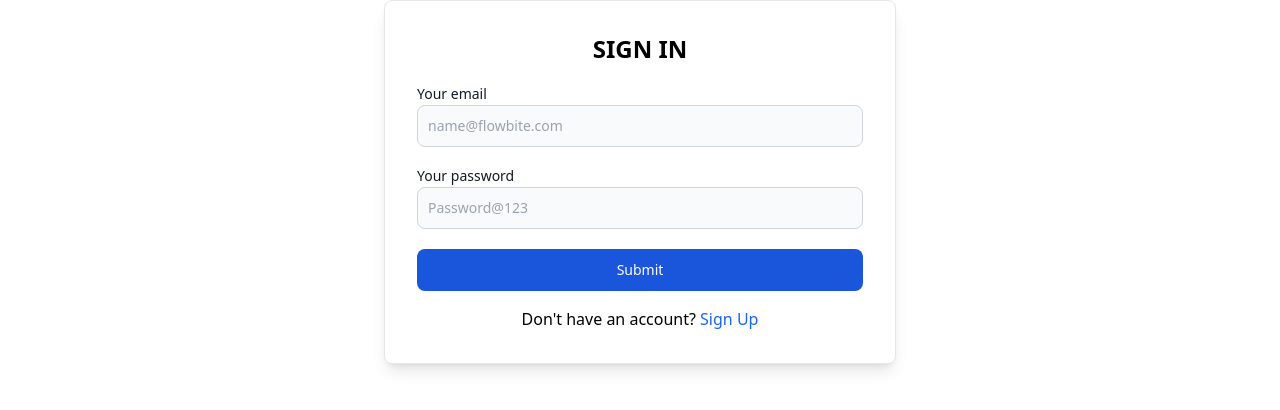
Repository: MahmudShuvo/TeeBay
Page: /dashboard (app in teebay-frontend/)
An editor plug-in stored every save of this project. The page is shown before and after a run of saves, followed by the edit.
The browser window is 1280 px wide. The pictures show the whole page.
The project was rebuilt for these pictures with package versions that can differ from the ones it lists, and the page was loaded fresh each time. Also part of the build but not shown: teebay-frontend/vite.config.ts, teebay-frontend/src/queries/product.ts, teebay-frontend/src/pages/ConfirmBuy.tsx, teebay-frontend/src/pages/Buy.tsx, teebay-frontend/src/components/ProductCard.tsx, teebay-frontend/src/components/OwnerCard.tsx, teebay-frontend/src/components/LentProducts.tsx, teebay-frontend/src/components/BoughtProducts.tsx and 11 more. Imported but missing from the stored project, and not drawn on this page: teebay-frontend/src/components/SignUp.tsx.

Above is the page before, as saved 2024-07-10 12:05:40.

### teebay-frontend/src/main.tsx
import React from 'react'
import ReactDOM from 'react-dom/client'
import App from './App.jsx'
import {
    ApolloClient,
    InMemoryCache,
    ApolloProvider, createHttpLink,
    // ApolloLink,
    // concat,
    // HttpLink
} from '@apollo/client';
import './index.css'
import {setContext} from "@apollo/client/link/context/index.js";

// const httpLink = new HttpLink({
//   uri: 'http://localhost:4000/graphql',
// });
// const authMiddleware = new ApolloLink((operation, forward) => {
//   const token = window.localStorage.getItem('token');
//   operation.setContext({
//     headers: {
//       authorization: token ? `Bearer ${token}` : '',
//     }
//   });
//   return forward(operation);
// });

// const client = new ApolloClient({
//     uri: 'http://localhost:4000/graphql',
//     cache: new InMemoryCache(),
// });

const httpLink = createHttpLink({
  uri: 'http://localhost:4000/graphql',
});

const authLink = setContext((_, { headers }) => {
  // get the authentication token from local storage if it exists
  const token = localStorage.getItem('token');
    console.log('token', token);
  // return the headers to the context so httpLink can read them
  return {
    headers: {
      ...headers,
      authorization: token ? `Bearer ${token}` : "",
    }
  }
});

const client = new ApolloClient({
  link: authLink.concat(httpLink),
  cache: new InMemoryCache()
});

ReactDOM.createRoot(document.getElementById('root')!).render(
    <ApolloProvider client={client}>
        <React.StrictMode>
            <App/>
        </React.StrictMode>
    </ApolloProvider>,
)

### teebay-frontend/src/App.tsx
import {
    BrowserRouter,
    Outlet, Route,
    Routes,
    useNavigate
} from 'react-router-dom';
import Buy from './pages/Buy';
import {Dashboard as PageDashboard} from './pages/Dashboard';
import {HiChartPie, HiViewBoards} from "react-icons/hi"
import {Sidebar} from "flowbite-react";
import {AuthProvider, useAuth} from "./hooks/useAuth";
import {ProtectedRoute} from "./components/ProtectedRoute.tsx";
import MyProducts from "./components/MyProducts.tsx";
import {Login} from "./components/Login.tsx";
import SignUp from "./components/SignUp.tsx";
import MainNav from "./components/MainNav.tsx";
import HomePage from "./pages/HomePage.tsx";

export default function App() {
    return (
        <BrowserRouter>
            <AuthProvider>
                <Routes>
                    <Route path="/" element={<Layout/>}>
                        <Route index element={<HomePage/>}/>
                        <Route path="/product/:productId" element={<Buy/>}/>
                    </Route>
                    <Route path="/dashboard"
                           element={<ProtectedRoute><DashboardLayout/></ProtectedRoute>}>
                        <Route index element={<PageDashboard/>}/>
                        <Route path="/dashboard/products" element={<MyProducts/>}/>
                    </Route>
                    <Route path="/login" element={<Login/>}/>
                    <Route path="/signup" element={<SignUp/>}/>
                </Routes>
            </AuthProvider>
        </BrowserRouter>
    );
}


export function DashboardLayout() {
    const navigate = useNavigate()
    const {user} = useAuth()
    return (
        <div>
            <MainNav/>

            <div className='min-h-screen mx-auto container text-sm'>
                <div className="grid grid-cols-4 gap-x-8">
                    <div className='col-span-1 shadow'>
                        <Sidebar aria-label="Default sidebar example">
                            <Sidebar.Items>
                                <Sidebar.ItemGroup>
                                    <Sidebar.Item icon={HiChartPie}>
                                        {user?.name}
                                        <span className="block">{user?.email}</span>
                                    </Sidebar.Item>

                                </Sidebar.ItemGroup>
                                <Sidebar.ItemGroup>
                                    <Sidebar.Item onClick={() => navigate("/dashboard/products")}
                                                  icon={HiChartPie}>
                                        My Products
                                    </Sidebar.Item>
                                    <Sidebar.Item onClick={() => navigate("/dashboard")}
                                                  icon={HiViewBoards} label="all"
                                                  labelColor="dark">
                                        History
                                    </Sidebar.Item>
                                </Sidebar.ItemGroup>
                                <Sidebar.ItemGroup>
                                    <Sidebar.Item href="#" icon={HiChartPie}>
                                        Logout
                                    </Sidebar.Item>
                                </Sidebar.ItemGroup>
                            </Sidebar.Items>
                        </Sidebar>
                    </div>

                    <div className='col-span-3'>
                        <Outlet/>
                    </div>
                </div>
            </div>
        </div>
    );
}

export function Layout() {
    return (
        <div>
            <MainNav/>

            <div className='min-h-screen mx-auto container'>
                <Outlet/>
            </div>
        </div>
    );
}

### teebay-frontend/src/index.css
@import '../node_modules/flowbite';

@tailwind base;
@tailwind components;
@tailwind utilities;

### teebay-frontend/src/hooks/useAuth.tsx
import React, {createContext, useContext, useMemo, ReactNode, useEffect} from 'react';
import {useNavigate} from 'react-router-dom';
import {useLocalStorage} from './useLocalStorage';

// Define the shape of the context value
interface AuthContextType {
    user: any;
    loading: boolean;
    login: (data: any) => Promise<void>;
    logout: () => void;
}

// Create the AuthContext with a default value
const AuthContext = createContext<AuthContextType | undefined>(undefined);

// Define the shape of the AuthProvider props
interface AuthProviderProps {
    children: ReactNode;
}


export const AuthProvider: React.FC<AuthProviderProps> = ({children}) => {
    const [user, setUser] = React.useState<any | null>(null);
    const [loading, setLoading] = React.useState(true);
    const [localUser, setLocalUser] = useLocalStorage<any>('user');
    const navigate = useNavigate();

    useEffect(() => {
        if (localUser) {
            setUser(localUser);
        }
        setLoading(false);
    }, [localUser]);

    // call this function when you want to authenticate the user
    const login = async (data: any) => {
        setLocalUser(data);
        setUser(data);
        navigate('/dashboard');
    };

    // call this function to sign out logged-in user
    const logout = () => {
        localStorage.removeItem('user');
        localStorage.removeItem('token');
        setUser(null);
        navigate('/', {replace: true});
    };

    const value = useMemo(
        () => ({
            user,
            loading,
            login,
            logout,
        }),
        [user, loading]
    );

    return <AuthContext.Provider value={value}>{children}</AuthContext.Provider>;
};

// Custom hook to use the AuthContext
export const useAuth = (): AuthContextType => {
    const context = useContext(AuthContext);
    if (context === undefined) {
        throw new Error('useAuth must be used within an AuthProvider');
    }
    return context;
};

### teebay-frontend/src/components/ProtectedRoute.tsx
import React, {ReactNode} from 'react';
import {Navigate} from 'react-router-dom';
import {useAuth} from '../hooks/useAuth'; // Adjust the path as needed

interface ProtectedRouteProps {
    children: ReactNode;
}

export const ProtectedRoute: React.FC<ProtectedRouteProps> = ({children}) => {
    const {user, loading} = useAuth();

    if (loading) {
        return <div>Loading...</div>; // You can replace this with a proper loading indicator
    }

    if (!user) {
        return <Navigate to="/login"/>;
    }

    return <>{children}</>;
};

### teebay-frontend/src/components/Login.tsx
import React from "react";
import {Button, Checkbox, Label, TextInput} from "flowbite-react";
import {LOGIN_MUTATION} from "../queries/authentication";
import {useMutation} from "@apollo/client";
import {useAuth} from "../hooks/useAuth";
import {useForm} from "react-hook-form";
import {useLocalStorage} from "../hooks/useLocalStorage";
import {useNavigate} from "react-router-dom";

export function Login() {
    const {user: loginUser, login} = useAuth();
    const [token, setToken] = useLocalStorage("token")
    const [user, setUser] = useLocalStorage("user")
    const navigate = useNavigate()
    const form = useForm()

    const [loginMutation, {loading, error}] = useMutation(LOGIN_MUTATION, {
        onCompleted: (data) => {
            if (data.login.token) {
                setToken(data.login.token);
                login(data.login.user);
            }
        },
    });

    const handleSubmit = async (data: any) => {
        await loginMutation({variables: {email: data?.email, password: data?.password}})
    };
    if (loginUser) {
        navigate('/')
    }
    return (
        <div className="min-h-screen flex justify-center items-center bg-white">
            <div
                className="w-full max-w-lg p-8 bg-white border shadow-lg rounded-lg border-black">
                <h3 className="text-center font-bold text-2xl mb-4">SIGN IN</h3>
                <form onSubmit={form.handleSubmit(handleSubmit)}>
                    <div className="mb-4">
                        <Label htmlFor="email1" value="Your email"/>
                        <TextInput {...form.register('email')} id="email1" type="email"
                                   placeholder="name@flowbite.com" required className="w-full"/>
                    </div>
                    <div className="mb-4">
                        <Label htmlFor="password1" value="Your password"/>
                        <TextInput {...form.register('password')} id="password1" type="password"
                                   placeholder="Password@123" required className="w-full"/>
                    </div>
                    {/* <div className="flex items-center mb-4">
                        <Checkbox id="remember"/>
                        <Label htmlFor="remember" className="ml-2">Remember me</Label>
                    </div> */}
                    <Button type="submit" color="blue" className="w-full mt-5">Submit</Button>
                </form>
                <div className="mt-4 text-center">
                    <p>
                        Don't have an account? <a href="/signup"
                                                  className="text-blue-600 hover:underline">Sign
                        Up</a>
                    </p>
                </div>
            </div>
        </div>
    );
}

### teebay-frontend/src/hooks/useLocalStorage.tsx
import {useState} from 'react';

export const useLocalStorage = <T, >(keyName: string) => {
    const [storedValue, setStoredValue] = useState<T>(() => {
        try {
            const value = window.localStorage.getItem(keyName);
            if (value) {
                return JSON.parse(value) as T;
            }
        } catch (err) {
            return
        }
    });

    const setValue = (newValue: T) => {
        try {
            if (newValue === undefined || newValue === null) {
                return
            }
            if (typeof newValue === 'string') {
                window.localStorage.setItem(keyName, newValue);
            } else {
                window.localStorage.setItem(keyName, JSON.stringify(newValue));
            }
        } catch (err) {
            console.error(err);
        }
        setStoredValue(newValue);
    };

    return [storedValue, setValue] as const;
};

### teebay-frontend/src/queries/authentication.ts
import {gql} from "@apollo/client";

export const LOGIN_MUTATION = gql`
  mutation Login($email: String!, $password: String!) {
    login(email: $email, password: $password) {
      token
      user {
        id
        email
        name
      }
    }
  }
`;

export const ME_QUERY = gql`
  query Me {
    me {
      id
      email
      name
    }
  }
`;

After the next 2 saves:
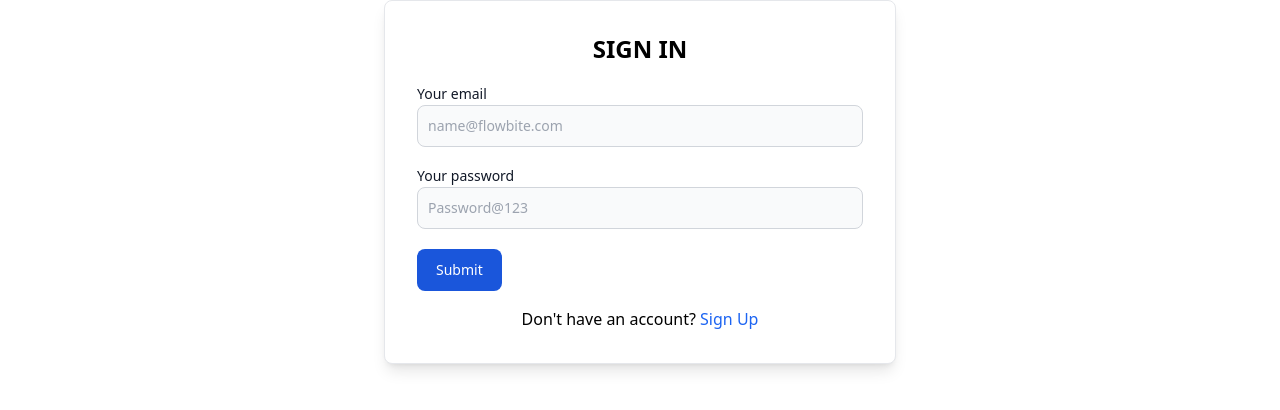
The 2 saves are shown as one change because they came seconds apart.
The last was saved 12 s later.
--- a/teebay-frontend/src/components/Login.tsx
+++ b/teebay-frontend/src/components/Login.tsx
@@ -49,7 +49,7 @@
                         <Checkbox id="remember"/>
                         <Label htmlFor="remember" className="ml-2">Remember me</Label>
                     </div> */}
-                    <Button type="submit" color="blue" className="w-full mt-5">Submit</Button>
+                    <Button type="submit" color="blue" className="w-200 mt-5">Submit</Button>
                 </form>
                 <div className="mt-4 text-center">
                     <p>

After the save that followed:
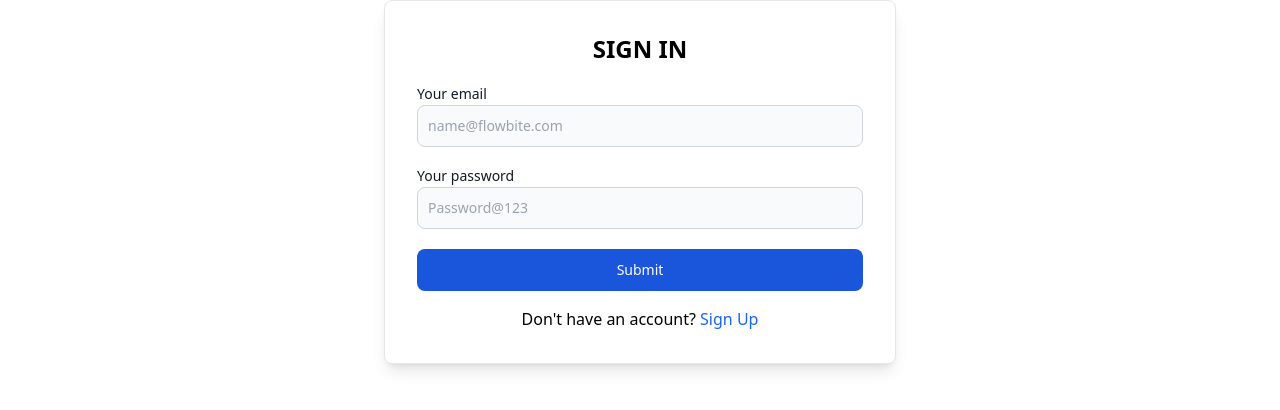
Saved 15 s later.
--- a/teebay-frontend/src/components/Login.tsx
+++ b/teebay-frontend/src/components/Login.tsx
@@ -49,7 +49,7 @@
                         <Checkbox id="remember"/>
                         <Label htmlFor="remember" className="ml-2">Remember me</Label>
                     </div> */}
-                    <Button type="submit" color="blue" className="w-200 mt-5">Submit</Button>
+                    <Button type="submit" color="blue" className="w-full mt-5">Submit</Button>
                 </form>
                 <div className="mt-4 text-center">
                     <p>
